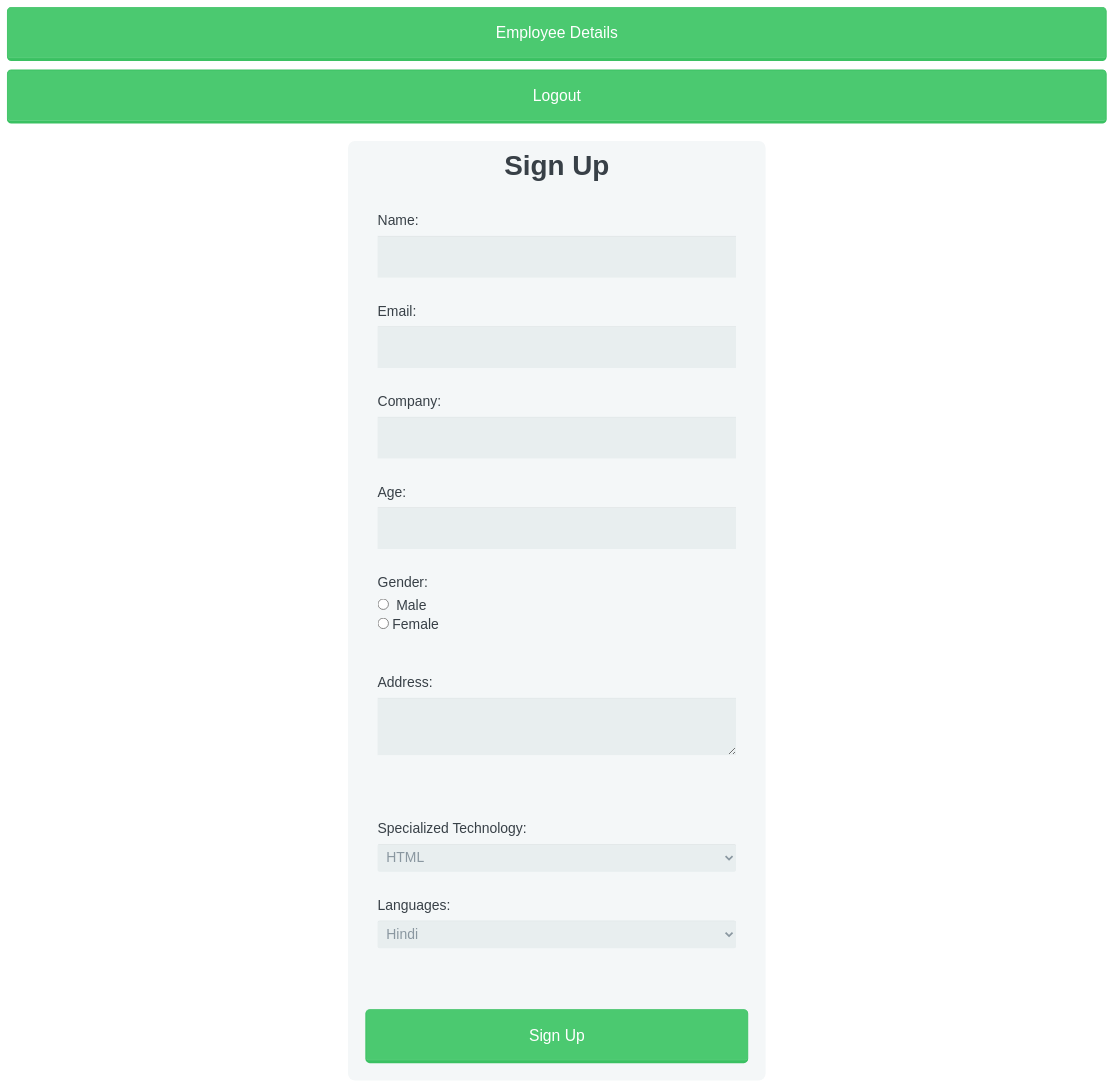
Repository: sunil965/JDBC-Servlet-JSP
Page: http://localhost/JspRegistrationTask/employee.jsp
An editor plug-in stored every save of this project. The page is shown before and after the next save, followed by the edit.
The browser window is 1280 px wide. The pictures show the whole page, at 87% of full size.
The page is served by Tomcat 9. Other server files are loaded and not shown.

Above is the page before, as saved 2017-05-06 04:25:13.

### JspRegistrationTask/WebContent/employee.jsp
<%@ page language="java" contentType="text/html; charset=UTF-8"
	pageEncoding="UTF-8"%>
<!DOCTYPE html PUBLIC "-//W3C//DTD HTML 4.01 Transitional//EN" "http://www.w3.org/TR/html4/loose.dtd">

<html>
<head>
<title>employee_regis</title>
<style type="text/css">
*, *:before, *:after {
	-moz-box-sizing: border-box;
	-webkit-box-sizing: border-box;
	box-sizing: border-box;
}

body {
	font-family: 'Nunito', sans-serif;
	color: #384047;
}

form {
	max-width: 300px;
	margin: 10px auto;
	padding: 10px 20px;
	background: #f4f7f8;
	border-radius: 8px;
}

h1 {
	margin: 0 0 30px 0;
	text-align: center;
}

input[type="text"], input[type="password"], input[type="date"], input[type="datetime"],
	input[type="email"], input[type="number"], input[type="search"], input[type="tel"],
	input[type="time"], input[type="url"], textarea, select {
	background: rgba(255, 255, 255, 0.1);
	border: none;
	font-size: 16px;
	height: auto;
	margin: 0;
	outline: 0;
	padding: 15px;
	width: 100%;
	background-color: #e8eeef;
	color: #8a97a0;
	box-shadow: 0 1px 0 rgba(0, 0, 0, 0.03) inset;
	margin-bottom: 30px;
}

input[type="radio"], input[type="checkbox"] {
	margin: 0 4px 8px 0;
}

select {
	padding: 6px;
	height: 32px;
	border-radius: 2px;
}

button {
	padding: 19px 39px 18px 39px;
	color: #FFF;
	background-color: #4bc970;
	font-size: 18px;
	text-align: center;
	font-style: normal;
	border-radius: 5px;
	width: 100%;
	border: 1px solid #3ac162;
	border-width: 1px 1px 3px;
	box-shadow: 0 -1px 0 rgba(255, 255, 255, 0.1) inset;
	margin-bottom: 10px;
}

fieldset {
	margin-bottom: 30px;
	border: none;
}

legend {
	font-size: 1.4em;
	margin-bottom: 10px;
}

label {
	display: block;
	margin-bottom: 8px;
}

label.light {
	font-weight: 300;
	display: inline;
}

@media screen and (min-width: 480px) {
	form {
		max-width: 480px;
	}
}
</style>
<script type="text/javascript">
function employeeValidate(){
	var name = document.getElementByName("uname").value;
	var addr = document.getElementByName("addr").value;
	var cmp = document.getElementByName("cmp").value;
	var age = document.getElementByName("age").value;
	var gender = document.getElementByName("gender").value;
	var domain = document.getElementByName("domain").value;
	var lang = document.getElementByName("lang").value;
	var x=document.getElementById("mail").value;
	var atposition=x.indexOf("@");
	var dotposition=x.lastIndexOf(".");

	if (atposition<1 || dotposition<atposition+2 || dotposition+2>=x.length){
		  alert("Please enter a valid e-mail address");
		  return false;
		  }
	if(name.length==null||name==" "||name.length<=3)
	{
	alert("Enter name");
	return false;
	}
	if(addr.length==null || addr.length==" "){
		alert("Address can't be empty !!");
		return false;
	}
	if(cmp.length==null || cmp.length==" "){
		alert("Company can't be empty !!");
		return false;
	}
	if(age.length==null || age.length==" " && age==[a-z]){
		alert("Age can't be empty  !!");
		return false;
		/* if(age==[a-z]){
			alert("Age Must Be a Number !!");
			return false;
		} */
	}
	if(gender.length==null || gender.length==" "){
		alert("Gender can't be empty !!");
		return false;
	}
	if(domain.length==None || domain.length==" "){
		alert("Choose Any Technology !!");
		return false;
	}
	if(lang.length==None || lang.length==" "){
		alert("Company can't be empty !!");
		return false;
	}
	return true;
}
</script>
</head>
<div align="right">
	<a href="employeeDetails"><button>Employee Details</button></a>
	<a href="logoutServlet"><button>Logout</button></a>
</div>
<body>
	<form action="employeeRegister" method="post"
		onsubmit="return employeeValidate()">

		<h1>Sign Up</h1>

		<fieldset>
			<label for="name">Name:</label> <input type="text" name="uname"
				id="name"> <label for="mail">Email:</label> <input
				type="email" id="mail" name="mail"> <label for="password">Company:</label>
			<input type="text" name="company" id="cmp"> <label>Age:</label>
			<input type="text" id="age" name="age"> <label>Gender:</label>
			<input type="radio" id="gender" value="male" name="gender"><label
				for="under_13" class="light"> Male</label><br> <input
				type="radio" id="gender" value="female" name="gender"><label
				for="over_13" class="light">Female</label>

		</fieldset>
		<fieldset>

			<label for="bio">Address:</label>
			<textarea name="address" id="addr"></textarea>

		</fieldset>
		<fieldset>

			<label for="job">Specialized Technology:</label> <select
				name="specialized" id="domain">
				<optgroup label="Web">
					<option value="html">HTML</option>
					<option value="php_developor">PHP</option>
					<option value="python_developer">Python</option>
					<option value="rails_developer">Rails</option>
					<option value="web_designer">Web Designer</option>
					<option value="WordPress_developer">WordPress Developer</option>
				</optgroup>
				<optgroup label="Mobile">
					<option value="Android_developer">Androild</option>
					<option value="iOS_developer">iOS</option>
					<option value="mobile_designer">Phone Gap</option>
				</optgroup>
				<optgroup label="Core_Tech">
					<option value="C">C</option>
					<option value="C++">C++</option>
					<option value="Java">Java</option>
					<option value=".Net">.Net</option>
				</optgroup>
			</select> <label for="job">Languages:</label> <select name="language"
				id="lang">
				<option value="hindi">Hindi</option>
				<option value="english">English</option>
				<option value="Marathi">Marathi</option>
				<option value="Punjabi">Punjabi</option>
				<option value="Telgu">Telgu</option>
				<option value="Tamil">Tamil</option>
				<option value="Bengali">Bengali</option>
				<option value="Oria">Oria</option>
			</select>

			<!-- <label>Interests:</label>
          <input type="checkbox" id="development" value="interest_development" name="user_interest"><label class="light" for="development">Development</label><br>
          <input type="checkbox" id="design" value="interest_design" name="user_interest"><label class="light" for="design">Design</label><br>
          <input type="checkbox" id="business" value="interest_business" name="user_interest"><label class="light" for="business">Business</label> -->
		</fieldset>
		<button type="submit">Sign Up</button>
	</form>
</body>
</html>

After the next save:
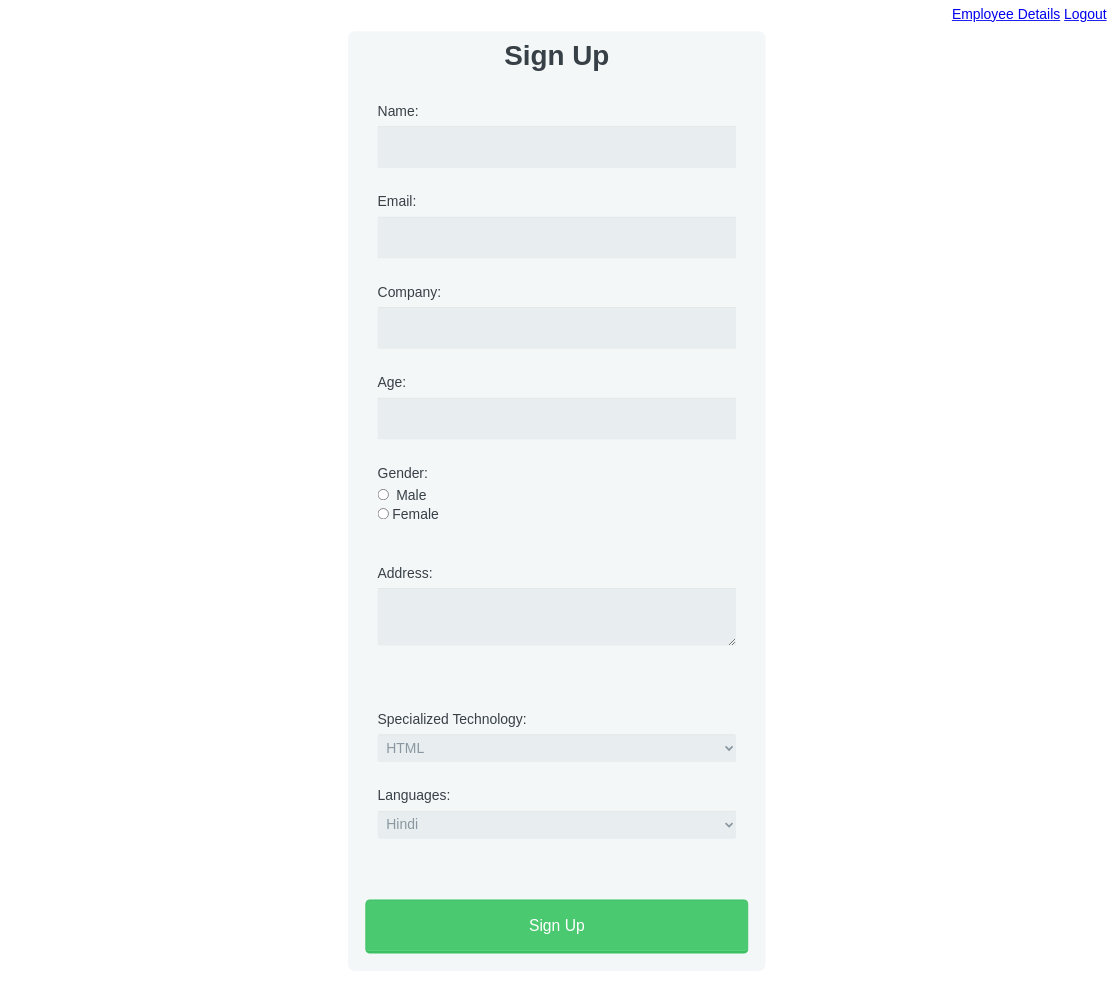
Saved 9 s later.
--- a/JspRegistrationTask/WebContent/employee.jsp
+++ b/JspRegistrationTask/WebContent/employee.jsp
@@ -153,8 +153,8 @@ function employeeValidate(){
 </script>
 </head>
 <div align="right">
-	<a href="employeeDetails"><button>Employee Details</button></a>
-	<a href="logoutServlet"><button>Logout</button></a>
+	<a href="employeeDetails"><button1>Employee Details</button></a>
+	<a href="logoutServlet"><button1>Logout</button></a>
 </div>
 <body>
 	<form action="employeeRegister" method="post"
